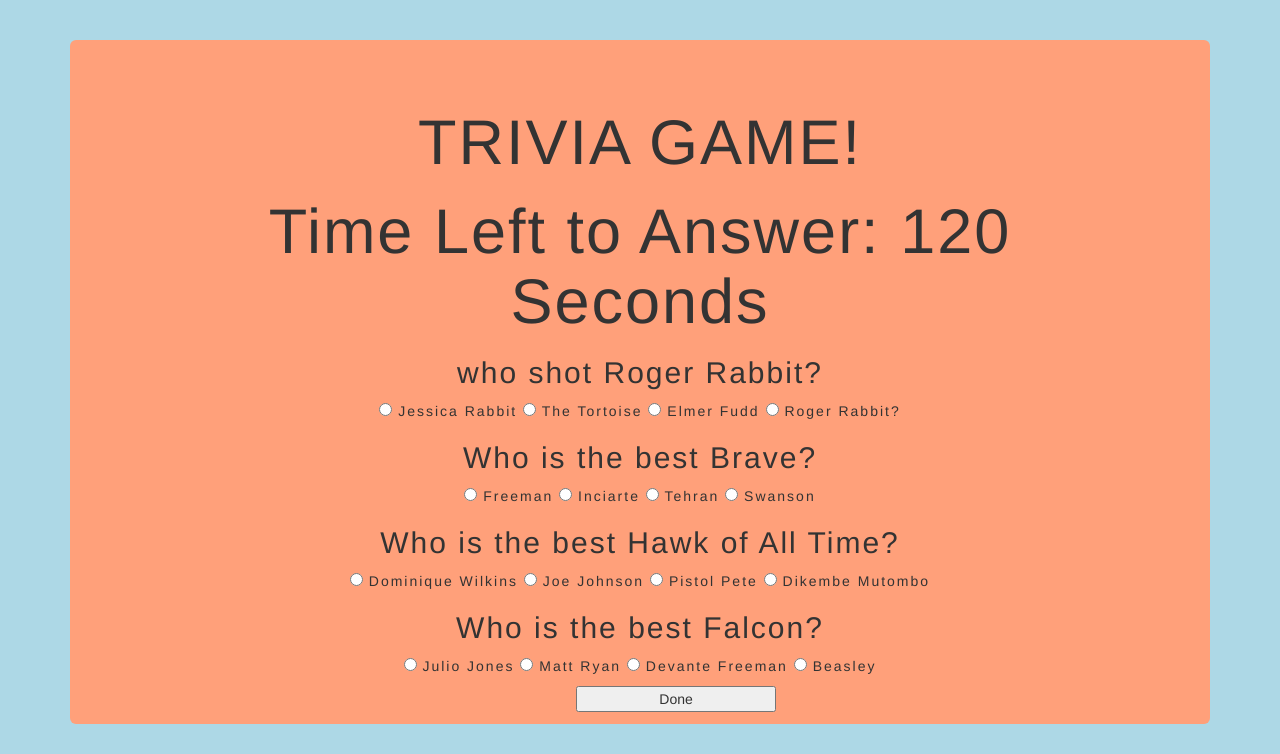
Repository: phiniezyc/TriviaGame
Page: index.html
The author's editor kept a copy of each file at every save. The page is drawn from the files as they stood at one save, then again after the next save.
The browser window is 1280 px wide. The pictures show the whole page.
After loading, the first visible `#startGameButton` was clicked once.
Some web libraries are served in a nearby version.

Above is the page before, as saved 2017-09-14 01:36:14.
Console error: TypeError: "#timeLeft".html is not a function

### index.html
<!DOCTYPE html>
<html lang="">
<head>
    <meta charset="utf-8">
    <meta name="viewport" content="width=device-width, initial-scale=1.0">
    <title>Quiz Game</title>
    <link rel="stylesheet" href="https://maxcdn.bootstrapcdn.com/bootstrap/3.3.7/css/bootstrap.min.css">
    <link rel="stylesheet" href="assets/css/style.css">
</head>

<body>

<div class="container">
<div class="row">

</div>
</div>
<div class="container">
    <div class="jumbotron">
        <div>
            <h1 id="gameHeading">TRIVIA GAME!</h1>
        </div>
        <div id="questionSection">
            <button id="startGameButton">Start Game</button>
        </div>
    </div>
</div>



<script src="https://ajax.googleapis.com/ajax/libs/jquery/3.2.1/jquery.min.js"></script>
<script src="assets/javascript/app.js"></script>
</body>
</html>

### assets/css/style.css
body {
    background-color: lightblue;
}



button {
    /*margin-left: 45%;*/
    /*text-align: center;*/
    width: 200px;
    position: absolute;
    left: 45%;
}


.jumbotron {
    background-color: lightsalmon;
    margin-top: 40px;
    text-align: center;
    letter-spacing: 2px;
}

#gameHeading {
    text-align: center;
}


#doneButton {
    margin-top: 10px;
}

/*
.!*answerSections {

    height: 100px;
    border-style: solid;
    border-width: 5px;
    text-align: center;
    font-size: 35px;
    width: 75%;
    margin: 0 auto;
    padding-top: 15px;
} *!*/

### assets/javascript/app.js

$("#startGameButton").on("click", function () {
    trivaScoring.startTimer();
    /* $("#startGameButton").remove();
    for (var i = 0; i < questions.length; i++) {
        $("#questionSection").append("<h2>" + questions[i].question + "</h2>");
        for (var j = 0; j < questions[i].answers.length; j++) {
            $("#questionSection").append("<input type = 'radio' name= 'questionsToAsk" + i + " 'value' " + questions[i].answers[j] + "'>" + questions[i].answers[j])
        }
    }
    $("#questionSection").after("<button value = 'hello' id = 'doneButton'> Done"); */
});

var questions = [{
    question: " who shot Roger Rabbit? ",
    answers: [" Jessica Rabbit ", " The Tortoise ", " Elmer Fudd ", " Roger Rabbit? "],
    correctAnswer: " Jessica Rabbit "
}, {
    question: " Who is the best Brave? ",
    answers: [" Freeman ", " Inciarte ", " Tehran ", " Swanson "],
    correctAnswer: "Freeman"
}, {
    question: " Who is the best Hawk of All Time? ",
    answers: [" Dominique Wilkins ", " Joe Johnson ", " Pistol Pete ", " Dikembe Mutombo "],
    correctAnswer: " Dominique Wilkins "
}, {
    question: " Who is the best Falcon? ",
    answers: [" Julio Jones ", " Matt Ryan ", " Devante Freeman ", " Beasley "],
    correctAnswer: " Julio Jones "
}];


var trivaScoring = {
    correct: 0,
    incorrect: 0,
    counter: 60,
    timeLeft: function() {
        trivaScoring.counter--;
        ("#timeLeft").html(trivaScoring.counter);
        if (trivaScoring.counter === 0) {
            console.log("You're done!");
            trivaScoring.over();
        }
    },
    startTimer: function() {
        timer = setInterval(trivaScoring.timeLeft, 1000);
        $("#questionSection").prepend("<h1>Time Left to Answer: <span id = 'counter'> 120 </span> Seconds </h3>");
        $("#startGameButton").remove();
        for (var i = 0; i < questions.length; i++) {
            $("#questionSection").append("<h2>" + questions[i].question + "</h2>");
            for (var j = 0; j < questions[i].answers.length; j++) {
                $("#questionSection").append("<input type = 'radio' name= 'questionsToAsk" + i + " 'value' " + questions[i].answers[j] + "'>" + questions[i].answers[j])
            }
        }
        $("#questionSection").after("<button value = 'hello' id = 'doneButton'> Done");
    }


}

After the next save:
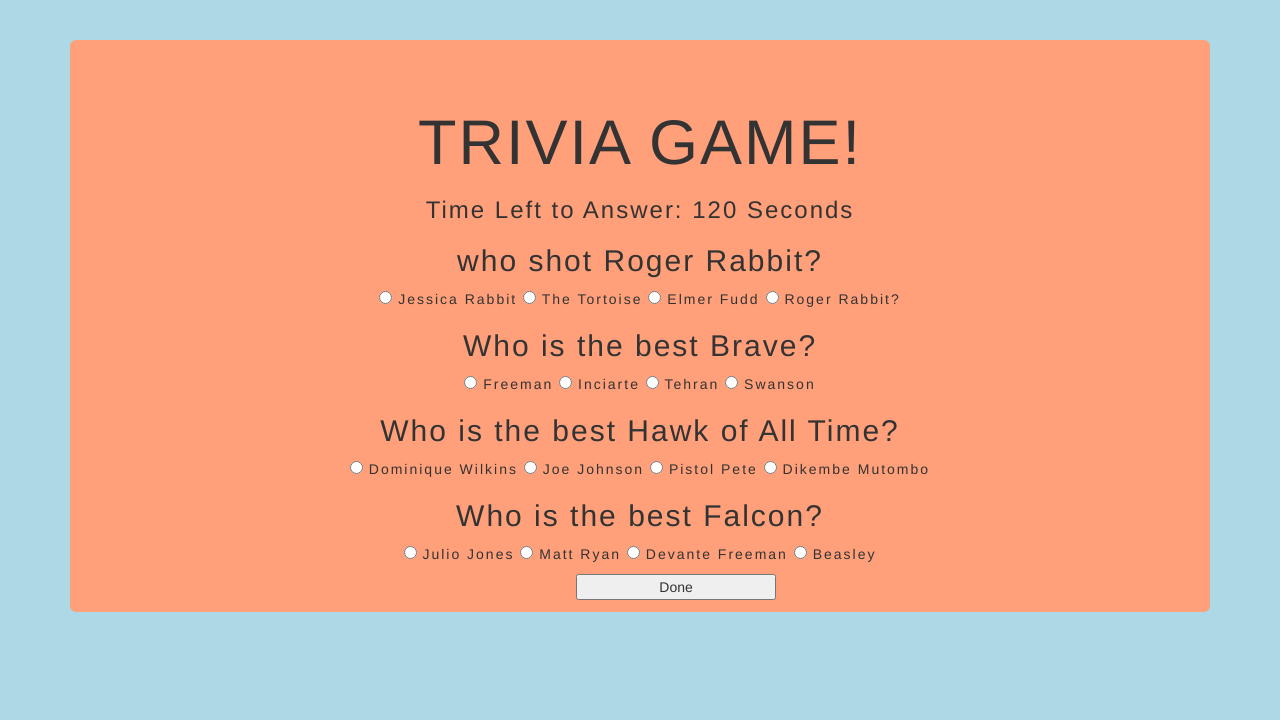
Saved 5 s later.
--- a/assets/javascript/app.js
+++ b/assets/javascript/app.js
@@ -44,7 +44,7 @@
     },
     startTimer: function() {
         timer = setInterval(trivaScoring.timeLeft, 1000);
-        $("#questionSection").prepend("<h1>Time Left to Answer: <span id = 'counter'> 120 </span> Seconds </h3>");
+        $("#questionSection").prepend("<h3>Time Left to Answer: <span id = 'counter'> 120 </span> Seconds </h3>");
         $("#startGameButton").remove();
         for (var i = 0; i < questions.length; i++) {
             $("#questionSection").append("<h2>" + questions[i].question + "</h2>");
